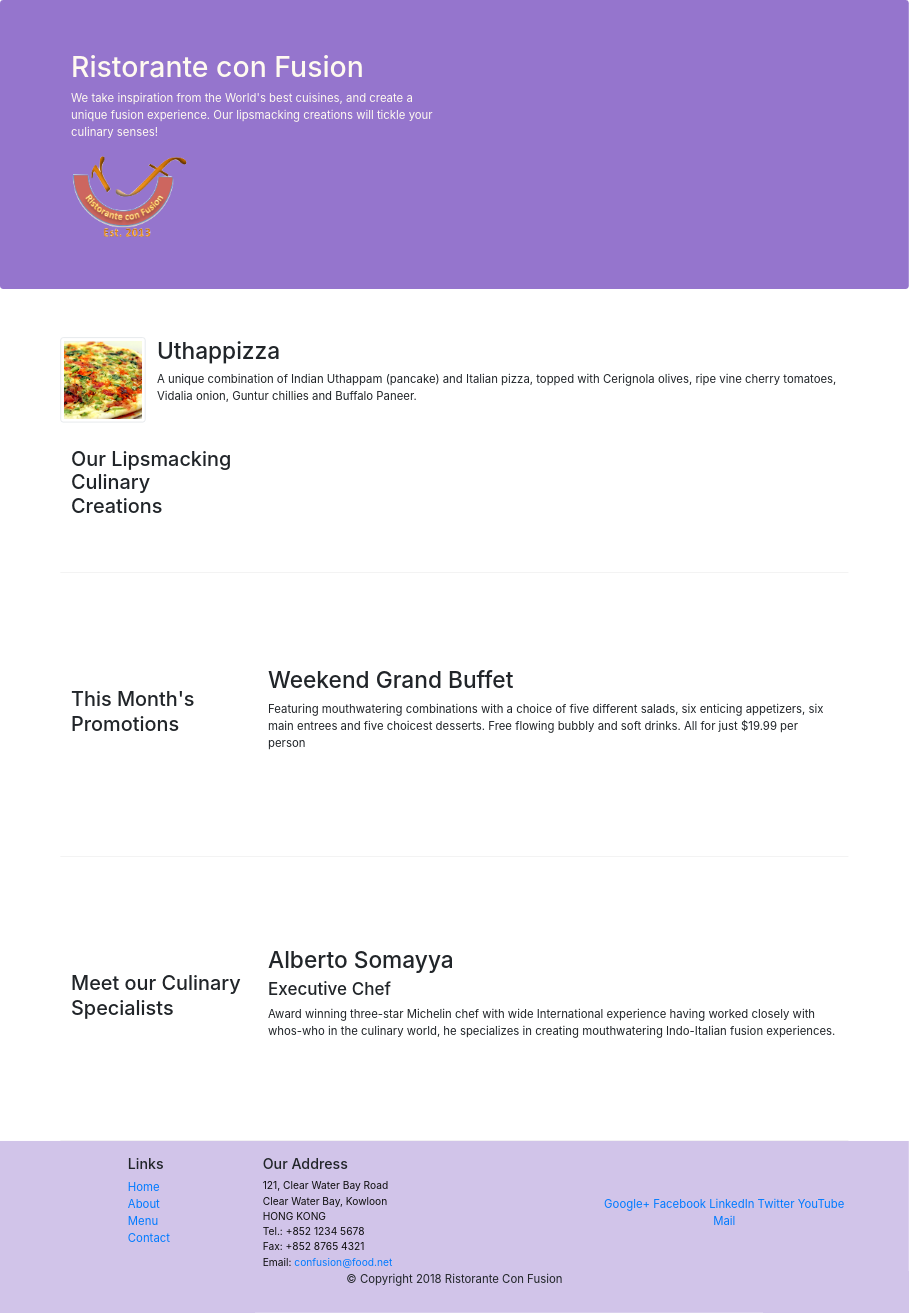
Repository: HwZau/conFusion
Page: index.html
These files come from the project's save history. The page is drawn as it stood at one moment and after a run of saves; the edit follows.
The browser window is 1280 px wide. The pictures show the whole page, at 71% of full size.

Above is the page before, as saved 2022-05-19 11:18:04.

### index.html
<!DOCTYPE html>
<html lang="en">
  <head>
    <meta charset="utf-8" />
    <meta
      name="viewport"
      content="width=device-width, initial-scale=1, shrink-to-fit=no"
    />
    <meta http-equiv="x-ua-compatible" content="ie=edge" />
    <title>Ristorante Con Fusion</title>
    <link
      rel="stylesheet"
      href="node_modules/bootstrap/dist/css/bootstrap.min.css"
    />
    <link rel="stylesheet" href="css/style.css" />
  </head>

  <body>
    <header class="jumbotron">
      <div class="container">
        <div class="row row-header">
          <div class="col-12 col-sm-6">
            <h1>Ristorante con Fusion</h1>
            <p>
              We take inspiration from the World's best cuisines, and create a
              unique fusion experience. Our lipsmacking creations will tickle
              your culinary senses!
            </p>
          </div>

        </div>
        <div class="col-12 col-sm align-self-center">
          <img src="img/logo.png" alt="" class="img-fluid">
        </div>
      </div>
    </header>

    <div class="container">
      <div class="row row-content align-items-center">
        <div class="media">
          <img src="img/uthappizza.png" alt="Ubhappizza" class="d-flex mr-3 img-thumbnail align-self-center">
          <div class="meadia-body">
            <h2>Uthappizza</h2>
            <p>
              A unique combination of Indian Uthappam (pancake) and Italian pizza,
              topped with Cerignola olives, ripe vine cherry tomatoes, Vidalia
              onion, Guntur chillies and Buffalo Paneer.
            </p>
          </div>
        </div>

        <div class="col-12 col-sm-4 col-md-3">
          <h3>Our Lipsmacking Culinary Creations</h3>
        </div>
      </div>

      <div class="row row-content align-items-center">
        <div class="col-12 col-sm-4 col-md-3">
          <h3>This Month's Promotions</h3>
        </div>
        <div class="col col-sm col-md">
          <h2>Weekend Grand Buffet</h2>
          <p>
            Featuring mouthwatering combinations with a choice of five different
            salads, six enticing appetizers, six main entrees and five choicest
            desserts. Free flowing bubbly and soft drinks. All for just $19.99
            per person
          </p>
        </div>
      </div>

      <div class="row row-content align-items-center">
        <div class="col-12 col-sm-4 col-md-3">
          <h3>Meet our Culinary Specialists</h3>
        </div>
        <div class="col col-sm col-md">
          <h2>Alberto Somayya</h2>
          <h4>Executive Chef</h4>
          <p>
            Award winning three-star Michelin chef with wide International
            experience having worked closely with whos-who in the culinary
            world, he specializes in creating mouthwatering Indo-Italian fusion
            experiences.
          </p>
        </div>
      </div>
    </div>

    <footer class="footer">
      <div class="container">
        <div class="row">
          <div class="col-4 offset-1 col-sm-2">
            <h5>Links</h5>
            <ul class="list-unstyled">
              <li><a href="#">Home</a></li>
              <li><a href="#">About</a></li>
              <li><a href="#">Menu</a></li>
              <li><a href="#">Contact</a></li>
            </ul>
          </div>
          <div class="col-7 col-sm-5">
            <h5>Our Address</h5>
            <address>
              121, Clear Water Bay Road<br />
              Clear Water Bay, Kowloon<br />
              HONG KONG<br />
              Tel.: +852 1234 5678<br />
              Fax: +852 8765 4321<br />
              Email: <a href="mailto:confusion@food.net">confusion@food.net</a>
            </address>
          </div>
          <div class="col-12 col-sm-4 align-self-center">
            <div class="text-center">
              <a href="http://google.com/+">Google+</a>
              <a href="http://www.facebook.com/profile.php?id=">Facebook</a>
              <a href="http://www.linkedin.com/in/">LinkedIn</a>
              <a href="http://twitter.com/">Twitter</a>
              <a href="http://youtube.com/">YouTube</a>
              <a href="mailto:">Mail</a>
            </div>
          </div>
        </div>
        <div class="row justify-content-center">
          <div class="col-auto">
            <p>© Copyright 2018 Ristorante Con Fusion</p>
          </div>
        </div>
      </div>
    </footer>

    <script src="node_modules/jquery/dist/jquery.slim.min.js"></script>
    <script src="node_modules/popper.js/dist/umd/popper.min.js"></script>
    <script src="node_modules/bootstrap/dist/js/bootstrap.min.js"></script>
  </body>
</html>

### css/style.css

.row-header {
	margin: 0px auto;
	padding: 0px auto;
}

.row-content {
	margin: 0 auto;
	padding: 50px 0px 50px 0px;
	border-bottom: 1px ridge;
	min-height: 400px;
}

.footer {
	background-color: #D1C4E9;
	margin: 0px auto;
	padding: 20px 0px 20px 0px;
}

.jumbotron {
	padding: 70px 30px 70px 30px;
	margin: 0px auto;
	background: #9575CD;
	color: floralwhite;
}

address {
	font-size: 90%;
	margin: 0px;
	color:#0f0f0f;
}

Loaded but not shown: node_modules/bootstrap/dist/css/bootstrap.min.css (library); node_modules/jquery/dist/jquery.slim.min.js (library); node_modules/popper.js/dist/umd/popper.min.js (library); node_modules/bootstrap/dist/js/bootstrap.min.js (library)

After the next 3 saves:
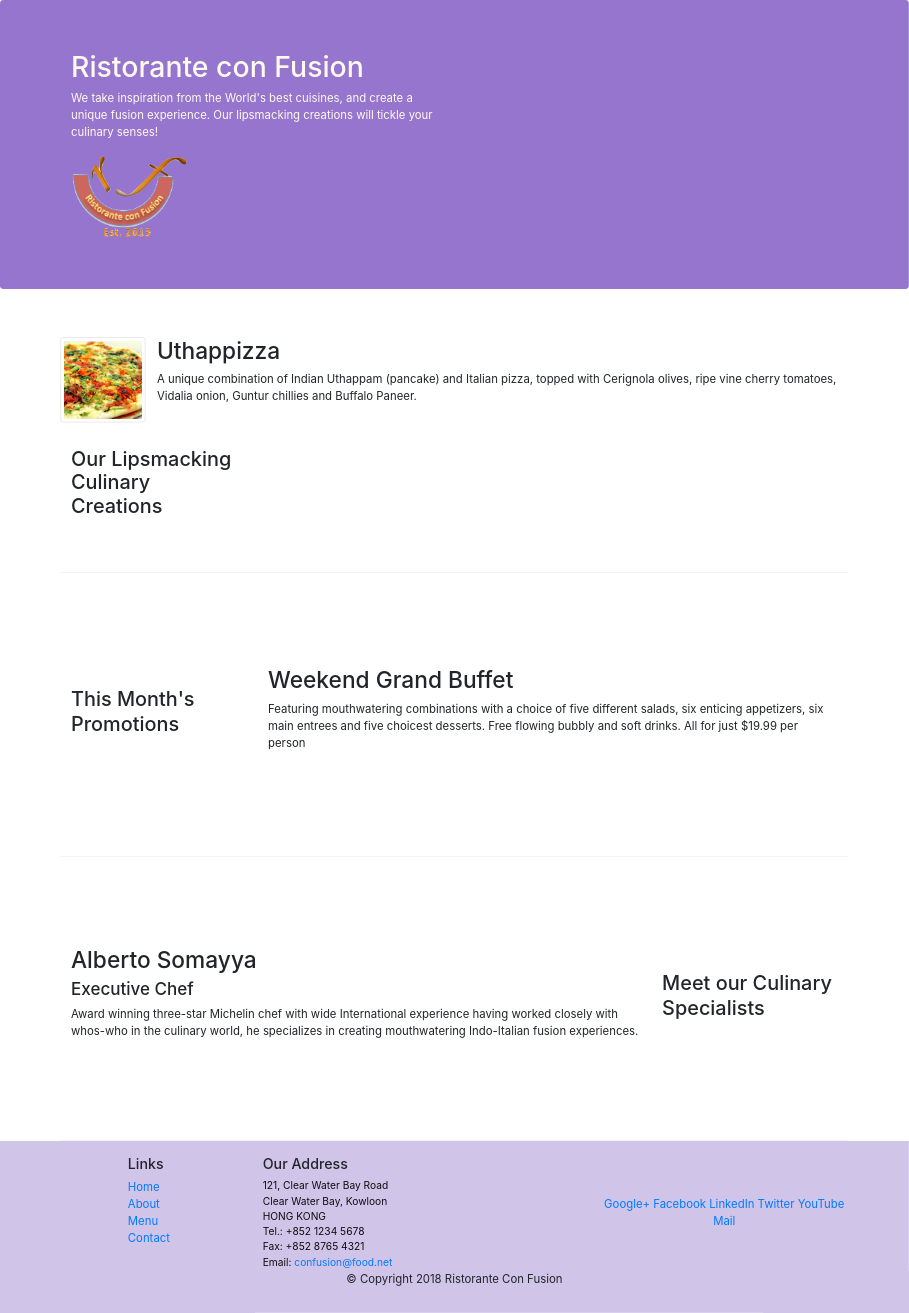
The 3 saves are shown as one change because they came seconds apart.
The last was saved 62 s later.
--- a/index.html
+++ b/index.html
@@ -70,9 +70,6 @@
       </div>
 
       <div class="row row-content align-items-center">
-        <div class="col-12 col-sm-4 col-md-3">
-          <h3>Meet our Culinary Specialists</h3>
-        </div>
         <div class="col col-sm col-md">
           <h2>Alberto Somayya</h2>
           <h4>Executive Chef</h4>
@@ -82,6 +79,9 @@
             world, he specializes in creating mouthwatering Indo-Italian fusion
             experiences.
           </p>
+        </div>
+        <div class="col-12 col-sm-4 col-md-3">
+          <h3>Meet our Culinary Specialists</h3>
         </div>
       </div>
     </div>
